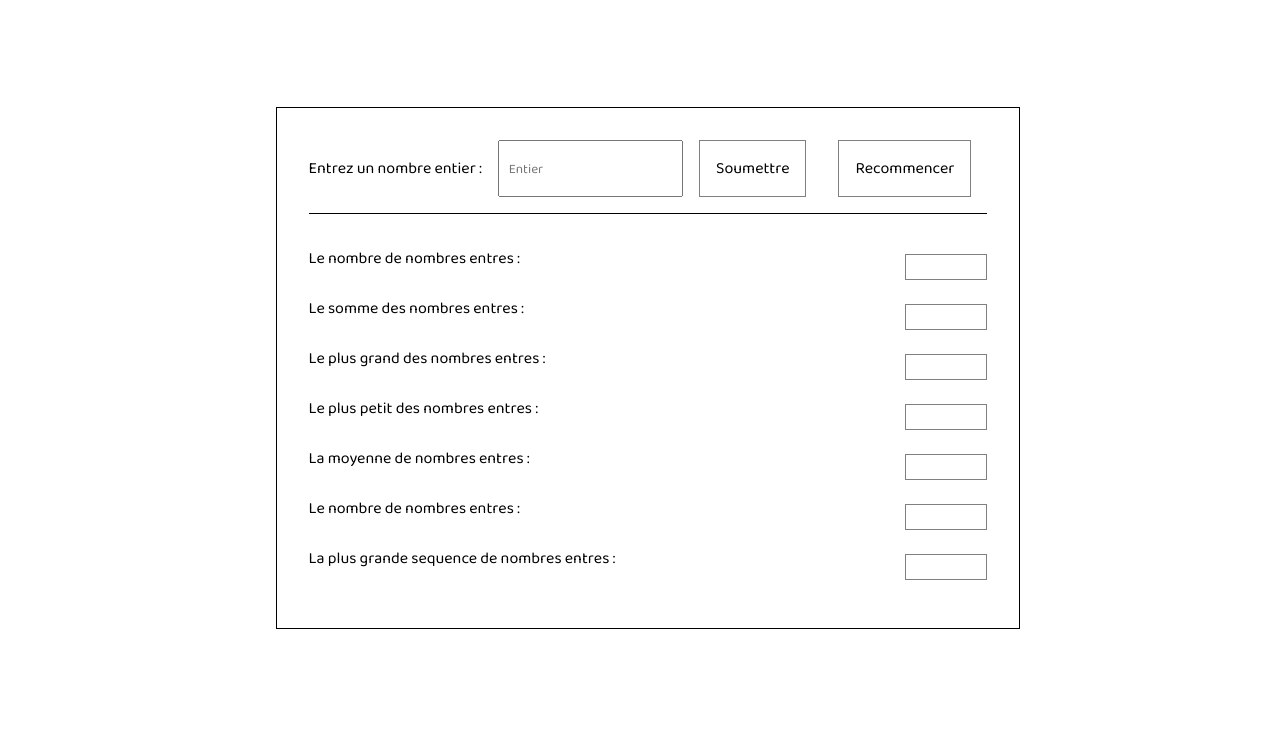
Repository: Thomas088/asbl-proforma
Page: exercices/js/ex-01/index.html
The author's editor kept a copy of each file at every save. The page is drawn from the files as they stood at one save, then again after the next save.
The browser window is 1280 px wide. The page is 1288 px wide, so the pictures cover 1288 px, including what lies to the right of the window. The pictures show the whole page.

Above is the page before, as saved 2020-03-20 02:30:14.

### exercices/js/ex-01/index.html
<!DOCTYPE html>
<html lang="en">
<head>
    <meta charset="UTF-8">
    <meta name="viewport" content="width=device-width, initial-scale=1.0">
    <link rel="stylesheet" href="./style.css">
    <link href="https://fonts.googleapis.com/css?family=Baloo+2&display=swap" rel="stylesheet">
    <title>Numbers</title>
</head>
<body>

    <div class="tableau">
        <div class="entry-user">
            <p>Entrez un nombre entier :</p>
            <input type="text" name="entry" class="user-input" placeholder="Entier">
            <div class="submit-number">Soumettre</div>
            <div class="restart">Recommencer</div>
        </div>

        <div class="entries">
            <div class="total-entries">
                <span>Le nombre de nombres entres : </span>
                <div class="result total-entries-result"></div>
            </div>

            <div class="sum-entries">
                <span>Le somme des nombres entres : </span>
                <div class="result sum-entries-result"></div>
            </div>

            <div class="max-entries">
                <span>Le plus grand des nombres entres : </span>
                <div class="result max-entries-result"></div>
            </div>

            <div class="min-entries">
                <span>Le plus petit des nombres entres : </span>
                <div class="result min-entries-result"></div>
            </div>

            <div class="average-entries">
                <span>La moyenne de nombres entres : </span>
                <div class="result average-entries-result"></div>
            </div>

            <div class="list-of-entries">
                <span>Le nombre de nombres entres : </span>
                <div class="result list-of-entries-result"></div>
            </div>

            <div class="sequence-entries">
                <span>La plus grande sequence de nombres entres : </span>
                <div class="result sequence-entries-result"></div>
            </div>
        </div>
    </div>

    <script src="./index.js"></script>
</body>
</html>

### exercices/js/ex-01/style.css
body {
    width: 100vw;
    height: 100vh;
    display: flex;
    justify-content: center;
    align-items: center;
    font-family: 'Baloo 2', cursive;
}

.tableau {
    border: 1px solid #000;
    padding: 2em;
}

.entry-user {
    display: flex;
    padding-bottom: 1em;
    margin-bottom: 2em;;
    border-bottom: 1px solid #000;
}

.entry-user p {
    padding-right: 1em;
}

.user-entry {
    outline: none;
    appearance: none;
    -webkit-appearance: none;
    margin: 0;
}

.submit-number, .restart {
    display: flex;
    justify-content: center;
    align-items: center;
    border: 1px solid gray;
    margin: 0 1em;
    padding: 0 1em;
    cursor: pointer;
}

.result {
    width: 5em;
    height: 1.5em;
    display: flex;
    justify-content: center;
    align-items: center;
    border: 1px solid gray;
}

.entries div {
    display: flex;
    justify-content: space-between;
    margin: 0.5rem 0;
}

::placeholder {
    padding-left: 0.5em;
    font-family: 'Baloo 2', cursive;
}

### exercices/js/ex-01/index.js
window.addEventListener("DOMContentLoaded", function() {

    const entry = document.querySelector(".user-input").value;
    const submit = document.querySelector(".submit-number");
    const restart = document.querySelector(".restart");
    const tableauResult = [];

    submit.addEventListener("click", () => {

        alert(entry);

    })

})

After the next save:
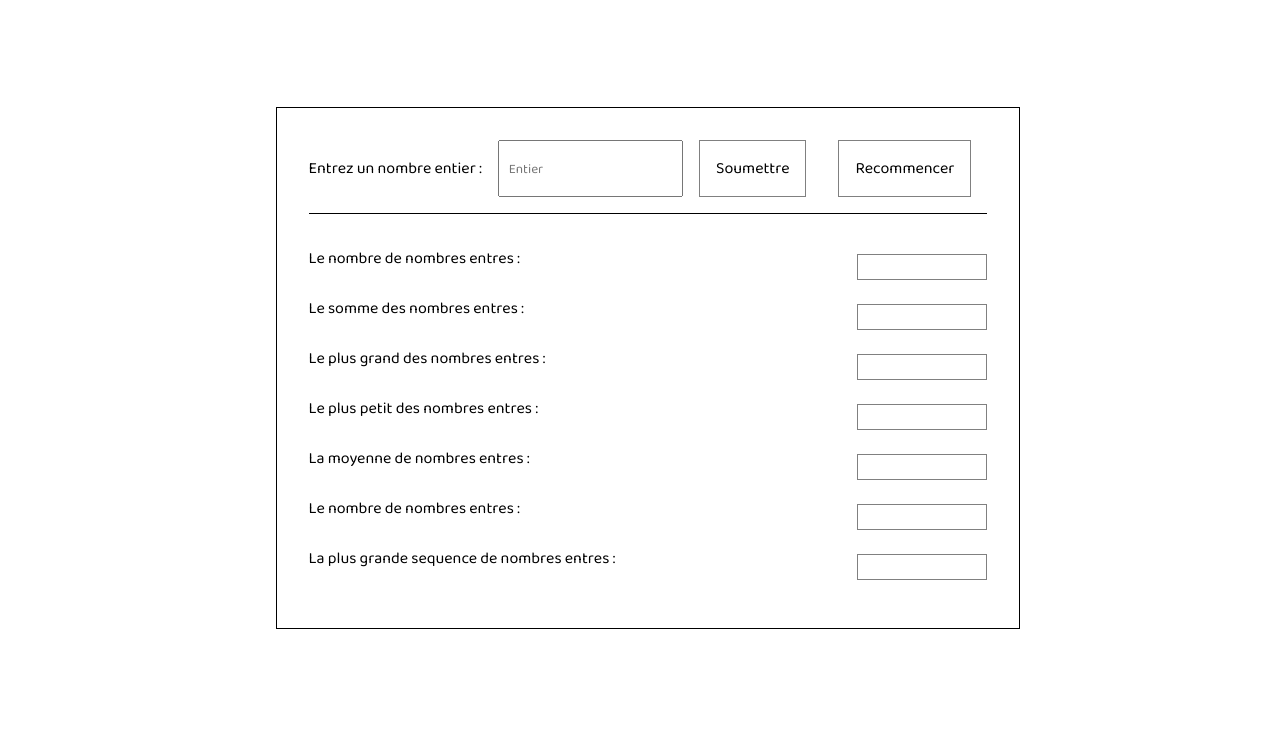
Saved 25 s later.
--- a/exercices/js/ex-01/style.css
+++ b/exercices/js/ex-01/style.css
@@ -41,7 +41,7 @@ body {
 }
 
 .result {
-    width: 5em;
+    width: 8em;
     height: 1.5em;
     display: flex;
     justify-content: center;
